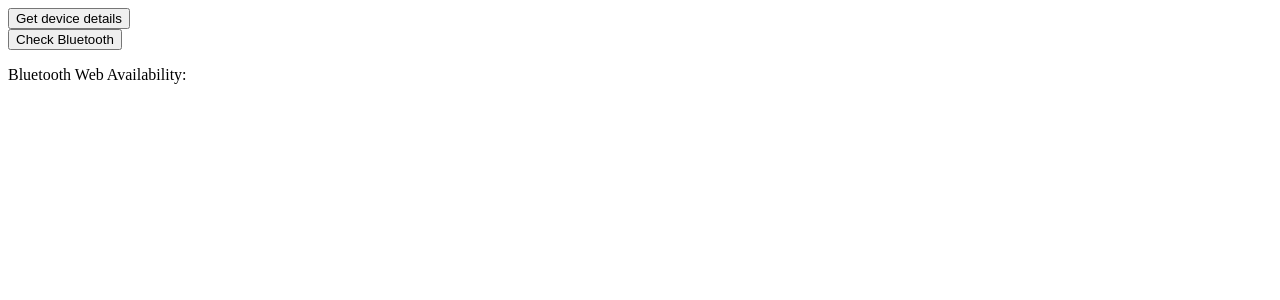
Repository: anjandash/authpass
Page: index.html
The author's editor kept a copy of each file at every save. The page is drawn from the files as they stood at one save, then again after the next save.
The browser window is 1280 px wide. The pictures show the whole page.

Above is the page before, as saved 2021-11-13 09:30:37.

After the next save:
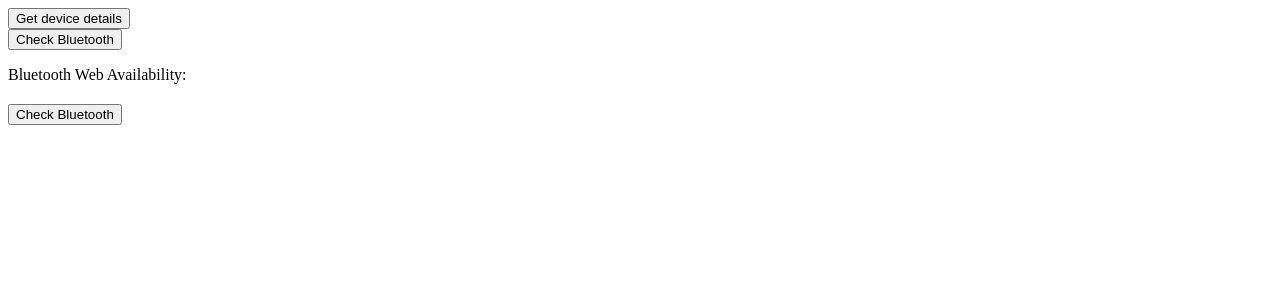
Saved 49 s later.
--- a/index.html
+++ b/index.html
@@ -15,6 +15,10 @@
         <p>Bluetooth Web Availability: <span id="bluetoothState"></span></p>
     </div>
 
+    <div style="margin-top: 20px; ">
+      <button id="checkBluetooth" onclick="isWebBluetoothEnabled();">Check Bluetooth</button>
+    </div>
+
     <script src="script.js"></script>
   </body>
 </html>
